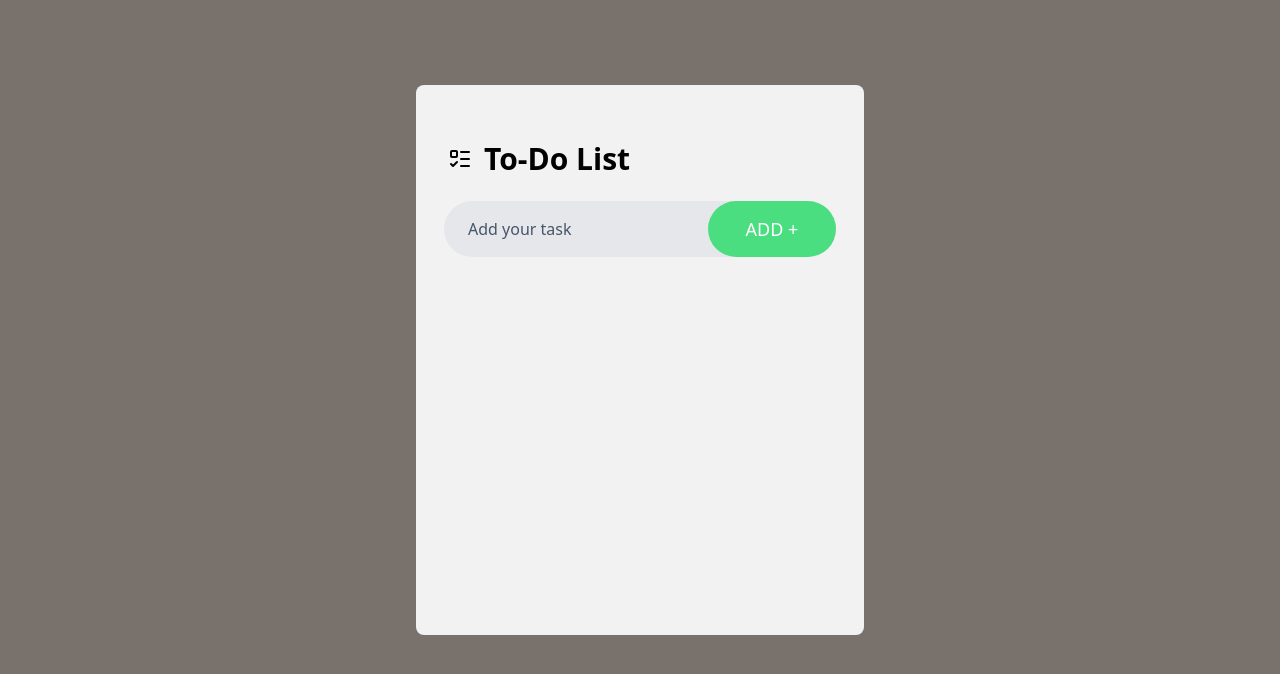
Repository: guilhermecardoso93/todolist-2025-tailwind
Page: /
An editor plug-in stored every save of this project. The page is shown before and after the next save, followed by the edit.
The browser window is 1280 px wide. The pictures show the whole page.
The project was rebuilt for these pictures with package versions that can differ from the ones it lists, and the page was loaded fresh each time. Also part of the build but not shown: vite.config.js.

Above is the page before, as saved 2024-11-07 20:11:13.

After the next save:
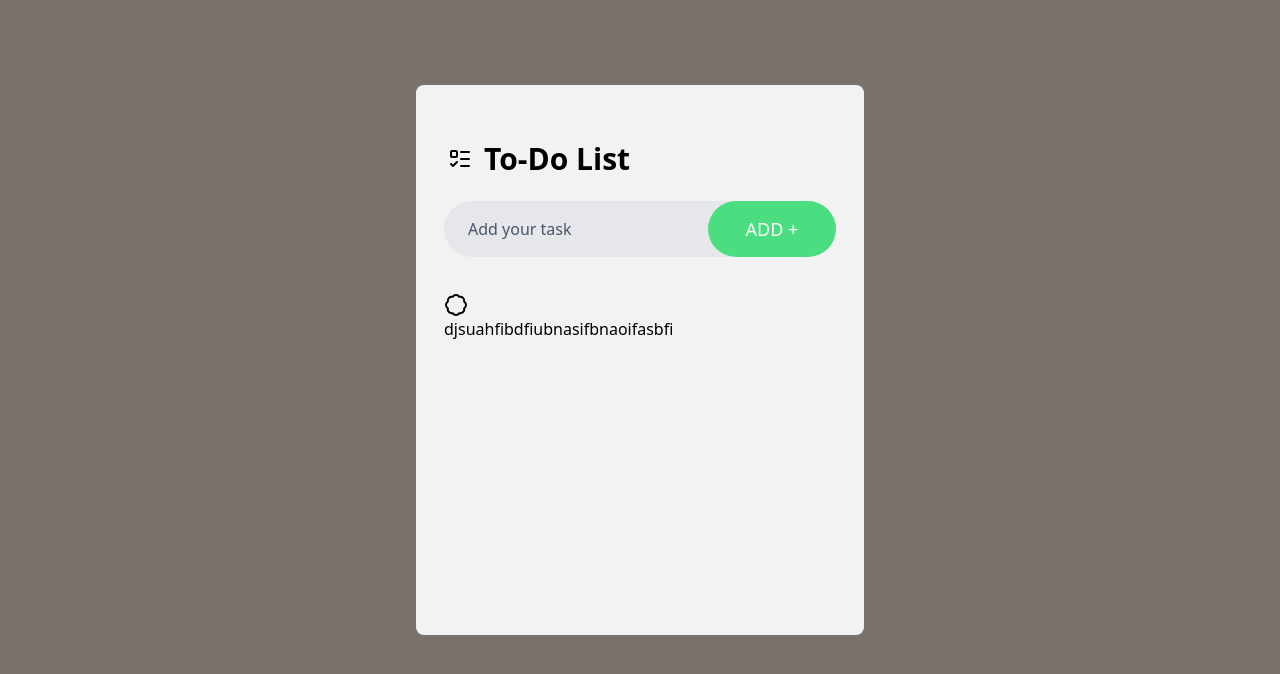
Saved 24 s later.
--- a/src/components/ToDo.jsx
+++ b/src/components/ToDo.jsx
@@ -1,4 +1,5 @@
 import { ListTodo } from "lucide-react";
+import { Item } from "./Item";
 
 export function ToDo() {
   return (
@@ -18,6 +19,9 @@ export function ToDo() {
           ADD +
         </button>
       </div>
+      <div className="">
+        <Item />
+      </div>
     </div>
   );
 }
